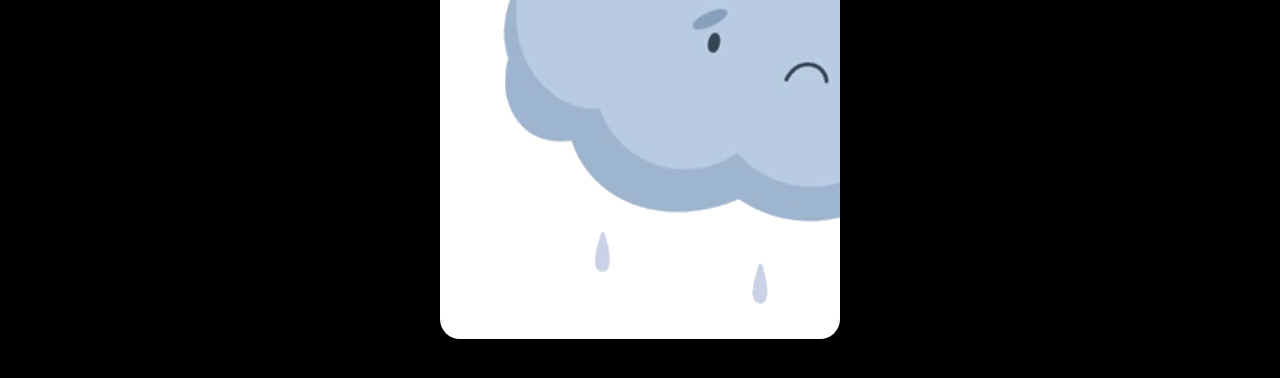
Repository: Pr1s0n3r627/weather
Page: index.html
An editor plug-in stored every save of this project. The page is shown before and after the next save, followed by the edit.
The browser window is 1280 px wide. The pictures show the whole page.
Some web libraries are served in a nearby version.

Above is the page before, as saved 2024-05-18 23:22:55.
Not found: index.js

### index.html
<!DOCTYPE html>
<html lang="en">

<head>
    <meta charset="UTF-8">
    <meta http-equiv="X-UA-Compatible" content="IE=edge">
    <meta name="viewport" content="width=device-width, initial-scale=1.0">
    <link
        href="https://fonts.googleapis.com/css2?family=Poppins:wght@300;400;500;600;700;800;900&family=Roboto:wght@300;400;500;700;900&display=swap"
        rel="stylesheet">
    <link rel="stylesheet" href="style.css">
    <title>Day #10 - Weather App | AsmrProg</title>
</head>

<body>

    <div class="container">
        <div class="search-box">
            <i class="fa-solid fa-location-dot"></i>
            <input type="text" placeholder="Enter your location">
            <button class="fa-solid fa-magnifying-glass"></button>
        </div>

        <div class="not-found">
            <img src="not-found.png">
            <p>Oops! Invalid location :/</p>
        </div>

        <div class="weather-box">
            <img src="">
            <p class="temperature"></p>
            <p class="description"></p>
        </div>

        <div class="weather-details">
            <div class="humidity">
                <i class="fa-solid fa-water"></i>
                <div class="text">
                    <span></span>
                    <p>Humidity</p>
                </div>
            </div>
            <div class="wind">
                <i class="fa-solid fa-wind"></i>
                <div class="text">
                    <span></span>
                    <p>Wind Speed</p>
                </div>
            </div>
        </div>

    </div>

    <script src="https://kit.fontawesome.com/7c8801c017.js" crossorigin="anonymous"></script>
    <script src="index.js"></script>
</body>

</html>

### style.css
*{
    margin: 0;
    padding: 0;
    border: 0;
    outline: none;
    box-sizing: border-box;
}

body{
    height: 10vh;
    display: flex;
    align-items: center;
    justify-content: center;
    background: #000;
}

.container{
    position: relative;
    width: 400px;
    height: 605px;
    background: #fff;
    padding: 28px 32px;
    overflow: hidden;
    border-radius: 20px;
    font-family: 'Poppins', sans-serif;
    transition: 0.6s;
}

.search-box{
    width: 100%;
    height: min-content;
    display: flex;
    align-items: center;
    justify-content: space-between
}

.search-box input{
    color: #333;
    width: 80%;
    font-size: 20px;
    font-weight: 500;
    text-transform: inherit;
    padding-left: 32px;
}

.search-box input::placeholder{
    font-size: 20px;
    font-weight: 500;
    color: #06283d;
    text-transform: capitalize;
}

.search-box button{
    cursor: pointer;
    width: 50px;
    height: 50px;
    color: #06283d;
    background: #dff6ff;
    border-radius: 50%;
    font-size: 22px;
    transition: 0.4s ease;
}

.search-box button:hover{
    background: #000000;
    color: #fff;
}

.search-box i{
    position: absolute;
    color: #06283d;
    font-size: 28px;
}

.weather-box{
    text-align: center;
}

.weather-box img{
    width: 20%;
    margin-top: 20px;
}

After the next save:
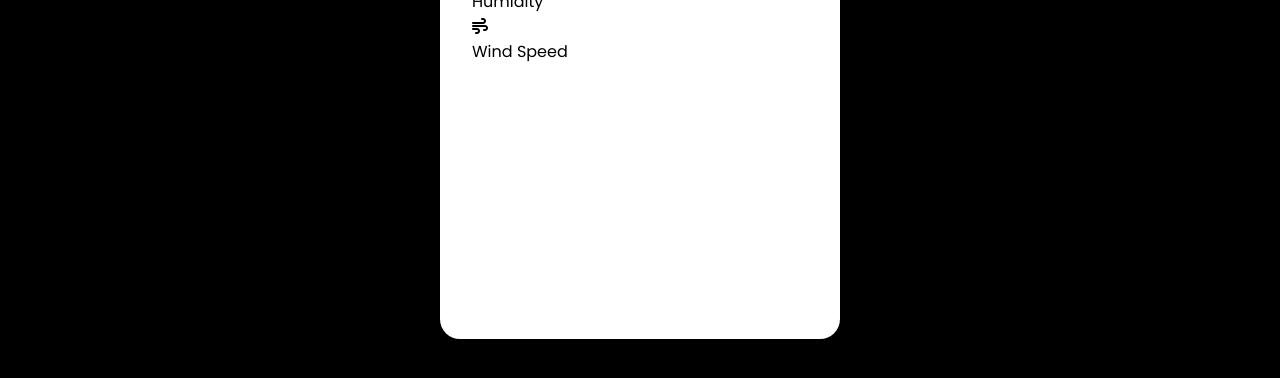
Saved 60 s later.
--- a/style.css
+++ b/style.css
@@ -76,7 +76,7 @@
     text-align: center;
 }
 
-.weather-box img{
+.not-found img{
     width: 20%;
     margin-top: 20px;
 }

After the save that followed:
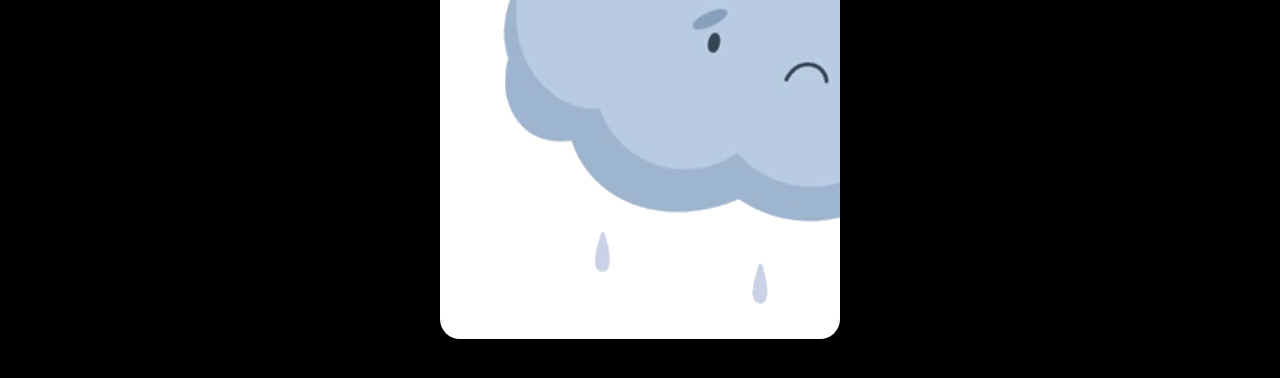
Saved 45 s later.
--- a/style.css
+++ b/style.css
@@ -76,7 +76,7 @@
     text-align: center;
 }
 
-.not-found img{
+.weather-box img{
     width: 20%;
     margin-top: 20px;
 }
